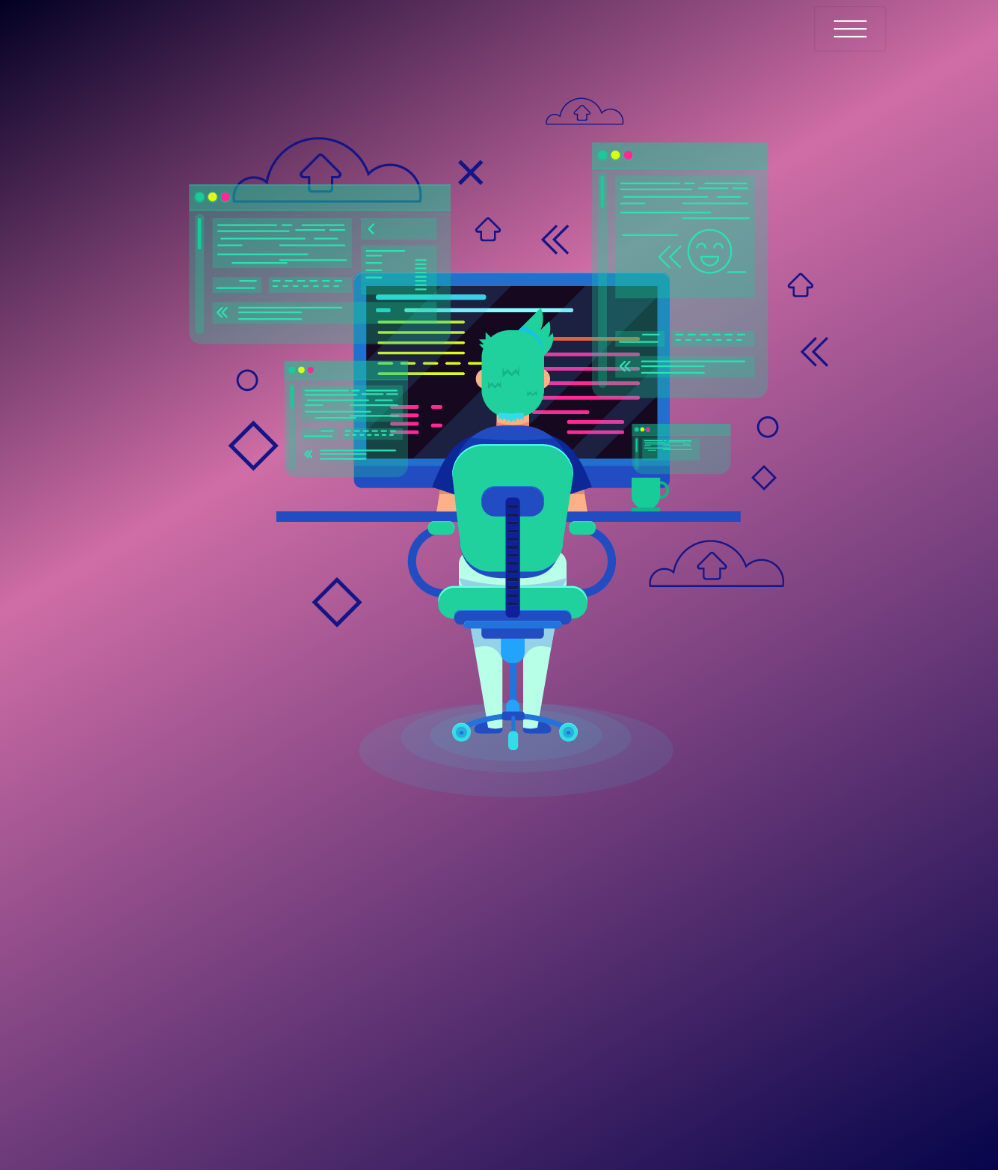
Repository: JuanPabloDS/portifolio
Page: http://localhost/
These files come from the project's save history. The page is drawn as it stood at one moment and after the next save; the edit follows.
The browser window is 1280 px wide. The pictures show the whole page, at 78% of full size.
The page is served by the project's application, run on Django 4.2 (manage.py).

Above is the page before, as saved 2023-02-24 16:55:35.

After the next save:
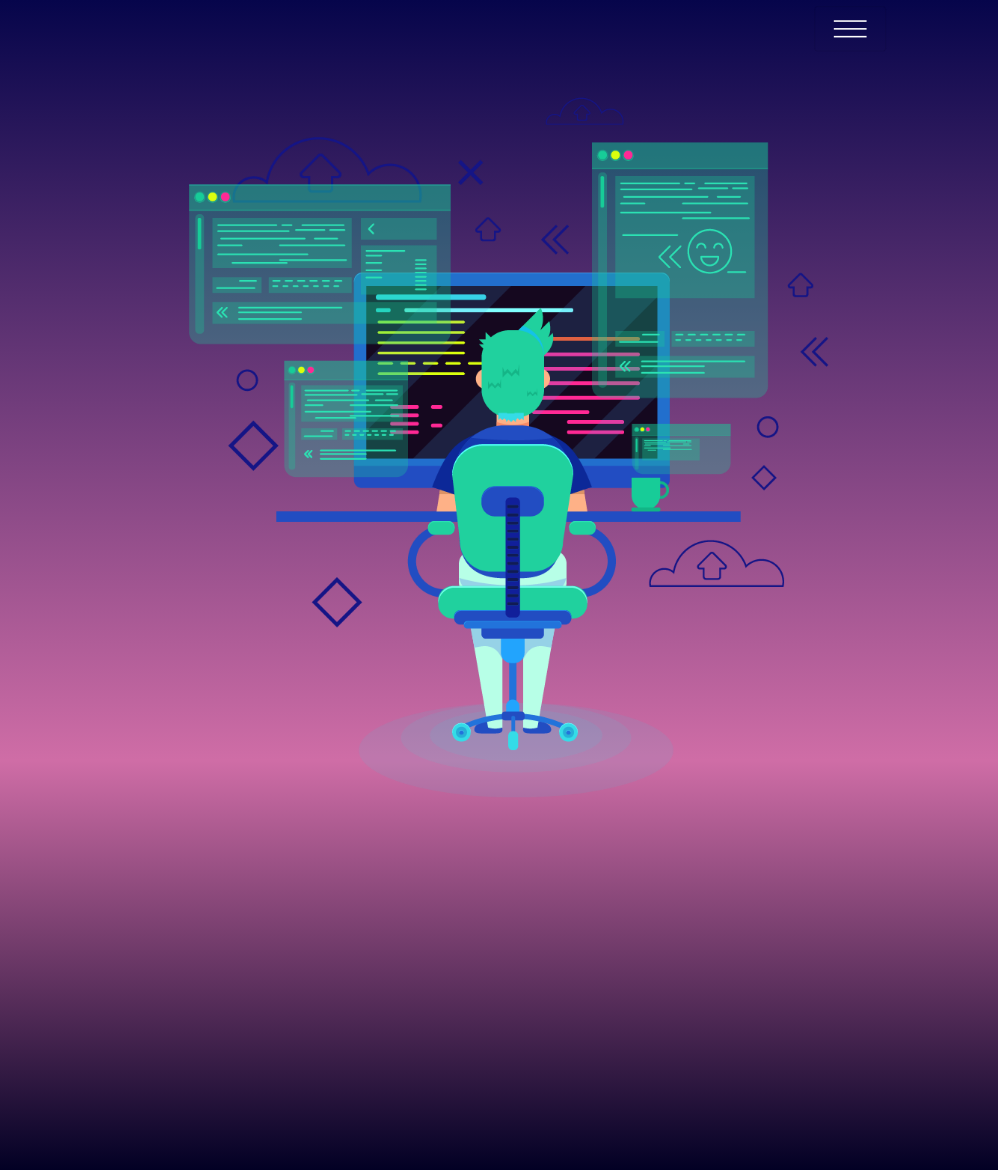
Saved 12 s later.
--- a/core/static/css/style.css
+++ b/core/static/css/style.css
@@ -5,7 +5,7 @@ body{
     margin: auto;
     height: 1500px;
     background: linear-gradient(
-  150deg,
+  0deg,
   rgba(2, 0, 36, 1) 0%,
   #cf6da6 35%,
   #06054b 100%
